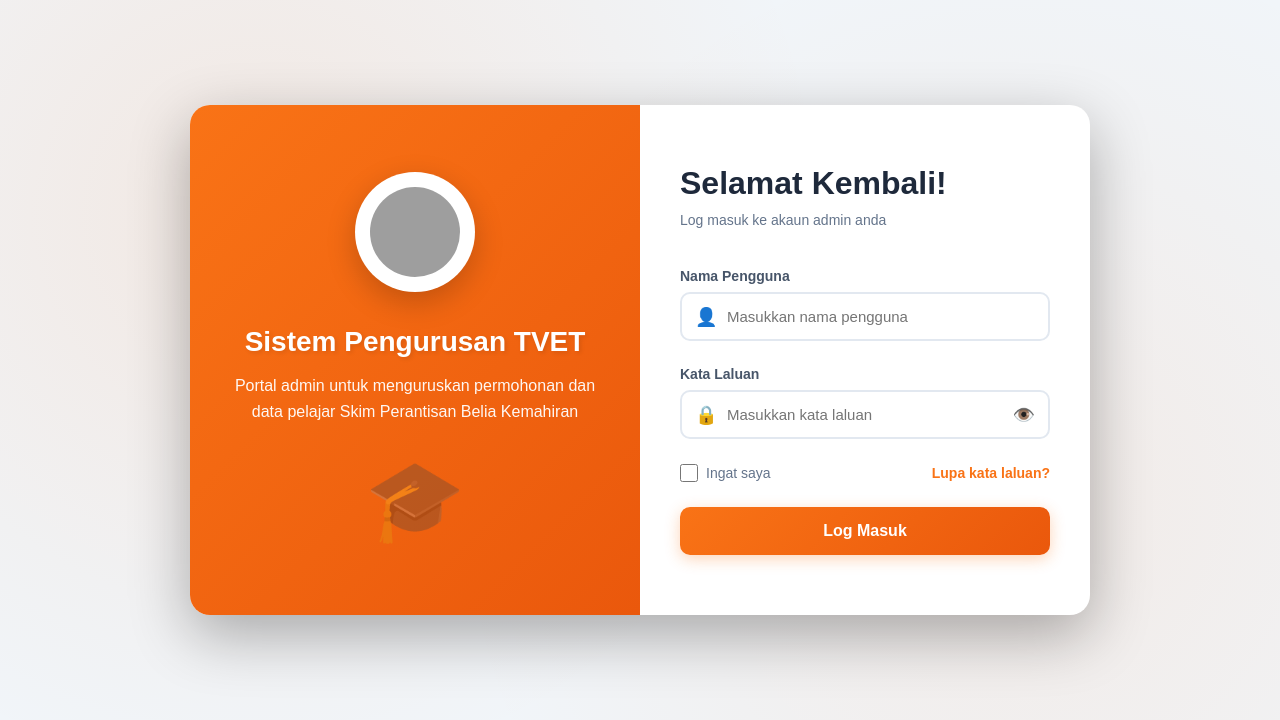
Repository: Aliyamai/SPB1KADMIN
Page: adminlogin.html
These files come from the project's save history. The page is drawn as it stood at one moment and after a run of saves; the edit follows.
The browser window is 1280 px wide. The pictures show the whole page.
Pictures or frames that could not be fetched are drawn as grey boxes.

Above is the page before, as saved 2025-12-15 14:08:12.

After the next 3 saves:
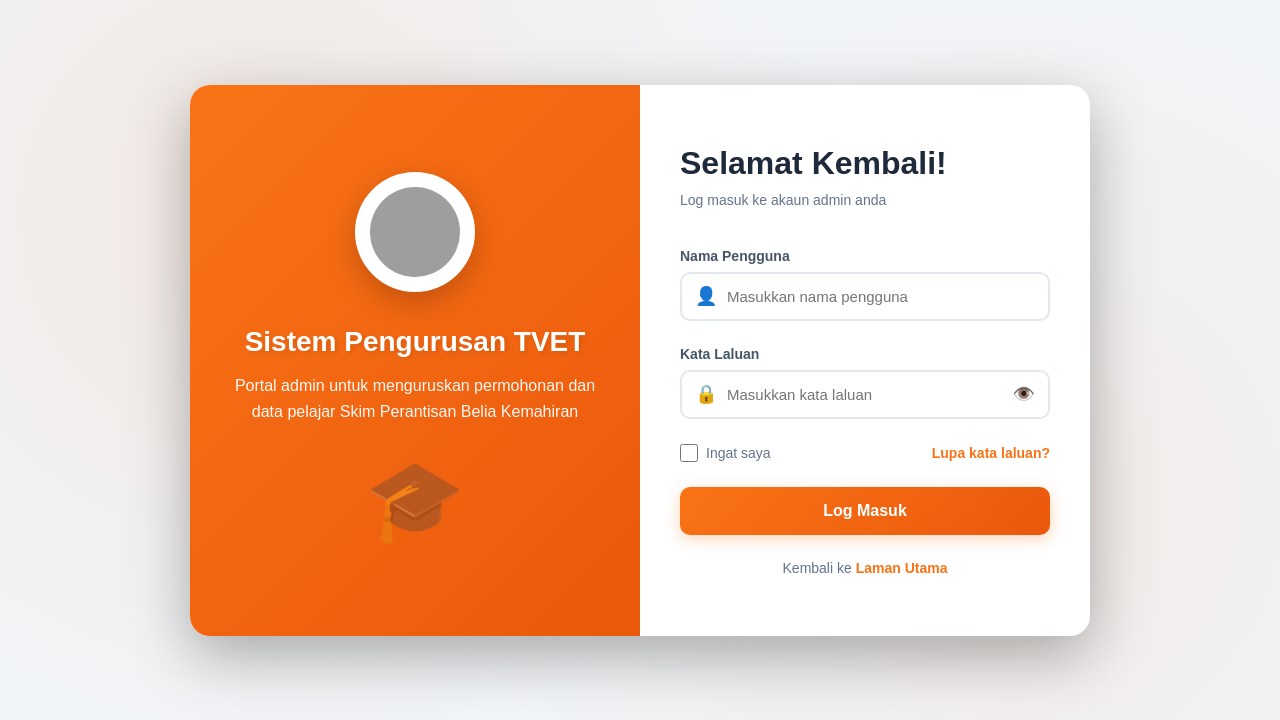
The 3 saves are shown as one change because they came seconds apart.
The last was saved 28 s later.
--- a/adminlogin.html
+++ b/adminlogin.html
@@ -392,6 +392,11 @@
           <div class="loading-spinner" id="loadingSpinner"></div>
         </button>
       </form>
+
+      <div class="back-home">
+        Kembali ke <a href="index.html">Laman Utama</a>
+      </div>
+    </div>
   </div>
 
   <script>
@@ -511,7 +516,7 @@
         storage.setItem('tvet_admin_role', result.user.role);
 
         // Redirect to dashboard
-        window.location.href = 'pageadmin.html';
+        window.location.href = 'admin-dashboard.html';
       } else {
         setLoading(false);
         showError(result.message);
